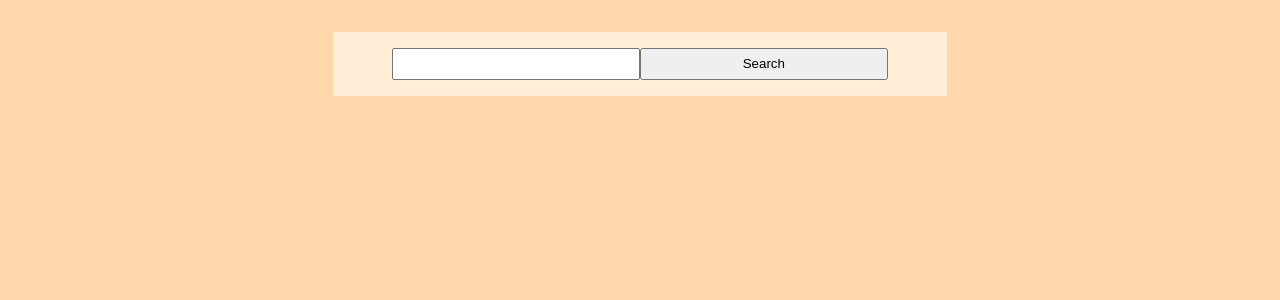
Repository: sandipkarmokar/recipeApp
Page: /
An editor plug-in stored every save of this project. The page is shown before and after the next save, followed by the edit.
The browser window is 1280 px wide. The pictures show the whole page.
The project was rebuilt for these pictures with package versions that can differ from the ones it lists, and the page was loaded fresh each time.

Above is the page before, as saved 2022-04-16 11:51:32.

After the next save:
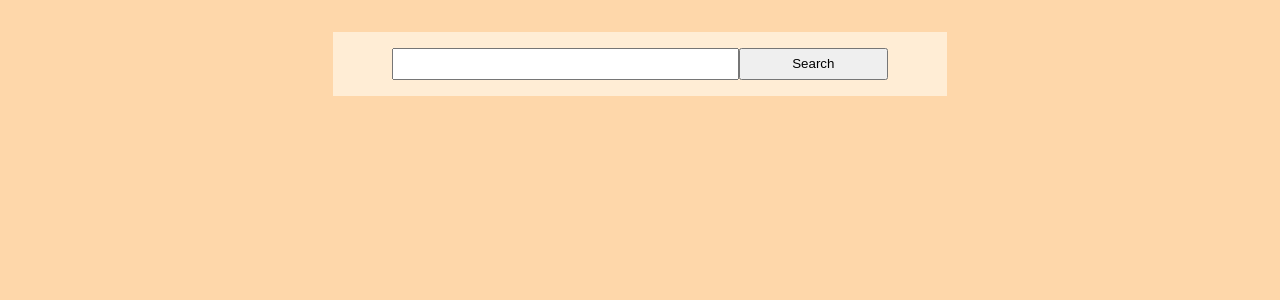
Saved 4 s later.
--- a/src/App.css
+++ b/src/App.css
@@ -34,6 +34,6 @@
     padding: 0.4rem 1rem;
 }
 .app .app-container .searchBar .searchBar-container button {
-    width: 70%;
+    width: 30%;
     padding: 0.4rem 1rem;
 }
